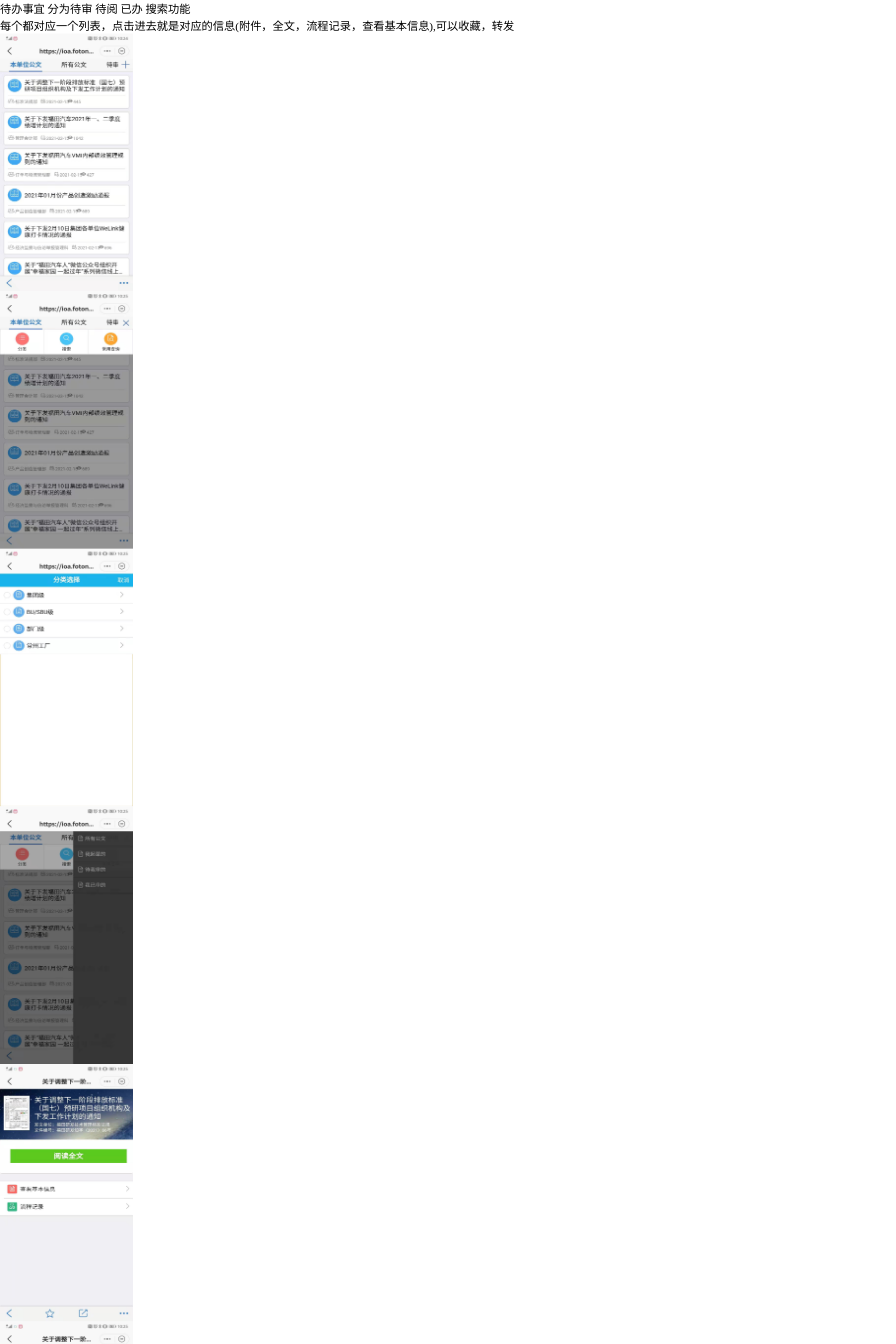
Repository: ch230/2021
Page: A.html
An editor plug-in stored every save of this project. The page is shown before and after the next save, followed by the edit.
The browser window is 1280 px wide. The pictures show the part of the page from y = 0 to 1920 px (the page is 11772 px tall before and 11796 px after), at 70% of full size.

Above is the page before, as saved 2021-02-15 14:42:09.

### A.html
<!DOCTYPE html>
<html lang="en">
  <head>
    <meta charset="UTF-8" />
    <meta name="viewport" content="width=device-width, initial-scale=1.0" />
    <title>Document</title>
    <style>
      * {
        padding: 0;
        margin: 0;
        list-style: none;
      }
      body,
      html,
      #app {
        height: 100%;
        width: 100%;
      }
      #items {
        height: auto;
        width: 80%;
      }
      #items div {
        width: 80%;
      }
      #items ul {
      }
      #items ul li {
        height: 368px;
        width: 190px;
      }
      #items ul li img {
        display: inline-block;
        width: 100%;
        height: 100%;
      }
    </style>
  </head>
  <body>
    <div id="app">
      <!-- 待办事宜 -->
      <div id="items">
        <div>
          <p>待办事宜 分为待审 待阅 已办 搜索功能</p>
          <p>
            每个都对应一个列表，点击进去就是对应的信息(附件，全文，流程记录，查看基本信息),可以收藏，转发
          </p>
        </div>
        <ul>
          <li>
            <img src="./img/1.jpg" alt="" />
          </li>
          <li>
            <img src="./img/2.jpg" alt="" />
          </li>
          <li>
            <img src="./img/3.jpg" alt="" />
          </li>
          <li>
            <img src="./img/4.jpg" alt="" />
          </li>
          <li>
            <img src="./img/5.jpg" alt="" />
          </li>
          <li>
            <img src="./img/6.jpg" alt="" />
          </li>
        </ul>
      </div>
      <!-- 公文 -->
      <div id="items">
        <div>
          公文 本单位公文，所有公文，待审公文，分类，搜索，常用查询
          常用查询:所有公文，我起草的，待我审的，我已审的
          分类:按照部门分类（集团级，BU/SBU级，部门级，常州工厂）---（集团和常州区分红头文件，黑头文件）
          对应列表，列表信息:图标，内容，部门，时间，浏览人数
          详情:阅读全文，查看基本信息，流程记录，收藏，分享
        </div>
        <ul>
          <li>
            <img src="./img/7.jpg" alt="" />
          </li>
          <li>
            <img src="./img/8.jpg" alt="" />
          </li>
          <li>
            <img src="./img/9.jpg" alt="" />
          </li>
          <li>
            <img src="./img/10.jpg" alt="" />
          </li>
          <li>
            <img src="./img/11.jpg" alt="" />
          </li>
          <li>
            <img src="./img/12.jpg" alt="" />
          </li>
        </ul>
      </div>
      <!-- 福田新闻 -->
      <div id="items">
        <div>
          福田新闻 最新新闻, 分类，搜索，常用查询
          列表信息:图片，内容，上传人，上传时间，浏览人数
          详情:标题，图文搭配，收藏
          分类:集团级，BU/SBU级，部门级，常州工厂，福田戴姆勒/BFDA
          常用查询:所有新闻，我上传的，待我审的，我已审的，置顶新闻
        </div>
        <ul>
          <li>
            <img src="./img/13.jpg" alt="" />
          </li>
          <li>
            <img src="./img/14.jpg" alt="" />
          </li>
          <li>
            <img src="./img/15.jpg" alt="" />
          </li>
          <li>
            <img src="./img/16.jpg" alt="" />
          </li>
          <li>
            <img src="./img/17.jpg" alt="" />
          </li>
        </ul>
      </div>
      <!-- 制度管理 -->
      <div id="items">
        <div>
          制度管理 制度管理, 分类，搜索，常用查询
          列表信息:图片，内容，部门，浏览人数
          详情:标题，生效时间，文件编号，附件，收藏 附件查看
          分类:集团级，BU/SBU级，部门级，常州工厂，福田戴姆勒/BFDA
          常用查询:所有制度，我起草的，待我审的，我已审的
        </div>

        <ul>
          <li>
            <img src="./img/18.jpg" alt="" />
          </li>
          <li>
            <img src="./img/19.jpg" alt="" />
          </li>
          <li>
            <img src="./img/20.jpg" alt="" />
          </li>
          <li>
            <img src="./img/21.jpg" alt="" />
          </li>
        </ul>
      </div>
      <!-- OA知识中心 -->
      <div id="items">
        <div>
          OA知识中心 所有文档, 我的文档，分类，搜索，常用查询
          列表信息:图片，内容，发布人，发布时间，浏览人数
          详情:内容，附件，收藏，评价 附件查看
          常用查询:所有制度，我起草的，待我审的，我已审的
        </div>

        <ul>
          <li>
            <img src="./img/22.jpg" alt="" />
          </li>
          <li>
            <img src="./img/23.jpg" alt="" />
          </li>
          <li>
            <img src="./img/24.jpg" alt="" />
          </li>
          <li>
            <img src="./img/25.jpg" alt="" />
          </li>
          <li>
            <img src="./img/26.jpg" alt="" />
          </li>
        </ul>
      </div>
      <!-- OA调查问卷 -->
      <div id="items">
        <div>
          OA调查问卷 所有问卷，我参与的，调查结果，搜索
          列表:已参与人数，结束时间，调查标题
          详情:问卷调查状态,参与人数，内容，标题
        </div>
        <ul>
          <li>
            <img src="./img/27.jpg" alt="" />
          </li>
          <li>
            <img src="./img/28.jpg" alt="" />
          </li>
          <li>
            <img src="./img/29.jpg" alt="" />
          </li>
          <li>
            <img src="./img/30.jpg" alt="" />
          </li>
          <li>
            <img src="./img/31.jpg" alt="" />
          </li>
        </ul>
      </div>
    </div>
  </body>
</html>

After the next save:
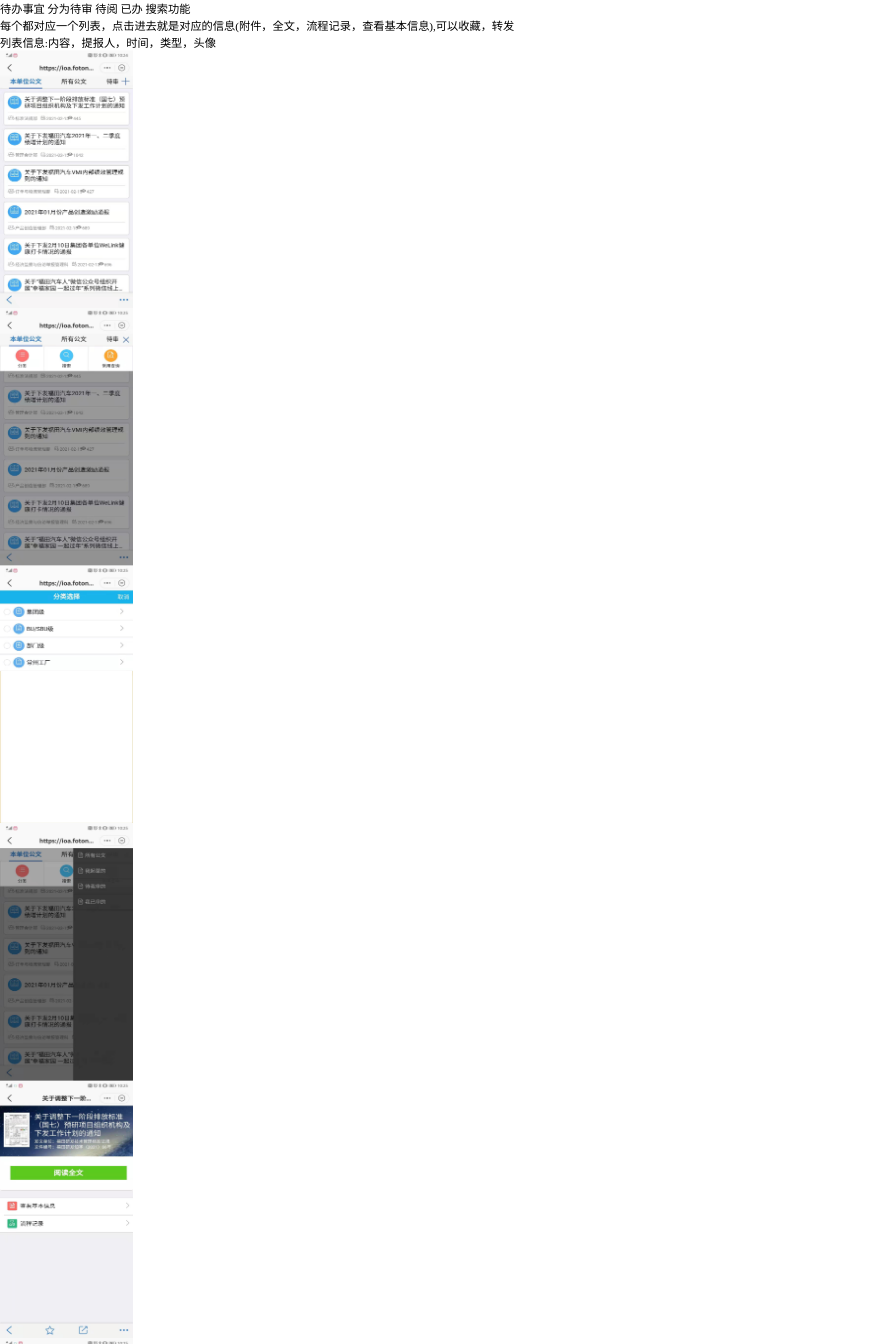
Saved 5 s later.
--- a/A.html
+++ b/A.html
@@ -45,6 +45,7 @@
           <p>
             每个都对应一个列表，点击进去就是对应的信息(附件，全文，流程记录，查看基本信息),可以收藏，转发
           </p>
+          <p>列表信息:内容，提报人，时间，类型，头像</p>
         </div>
         <ul>
           <li>
